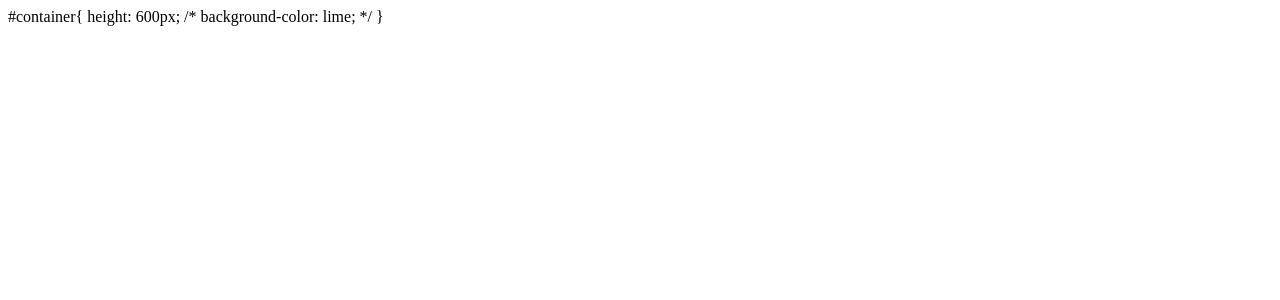
Repository: ceooyh/JSP
Page: http://localhost/memberProject/template/section.jsp
An editor plug-in stored every save of this project. The page is shown before and after the next save, followed by the edit.
The browser window is 1280 px wide. The pictures show the whole page.
The page is served by Tomcat 9.

Above is the page before, as saved 2020-12-29 07:20:14.

After the next save:
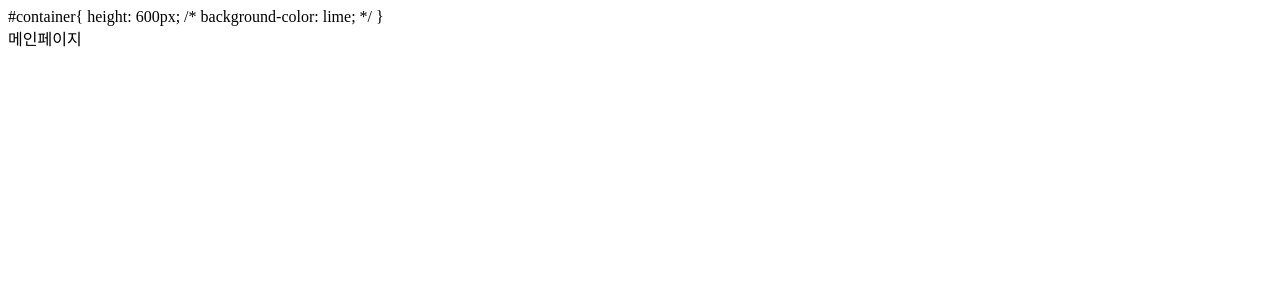
Saved 9 s later.
--- a/memberProject/WebContent/template/section.jsp
+++ b/memberProject/WebContent/template/section.jsp
@@ -11,5 +11,8 @@
 		height: 600px;
 		/* background-color: lime; */
 	}
+	<div id="container">
+		메인페이지
+	</div>
 </body>
 </html>
